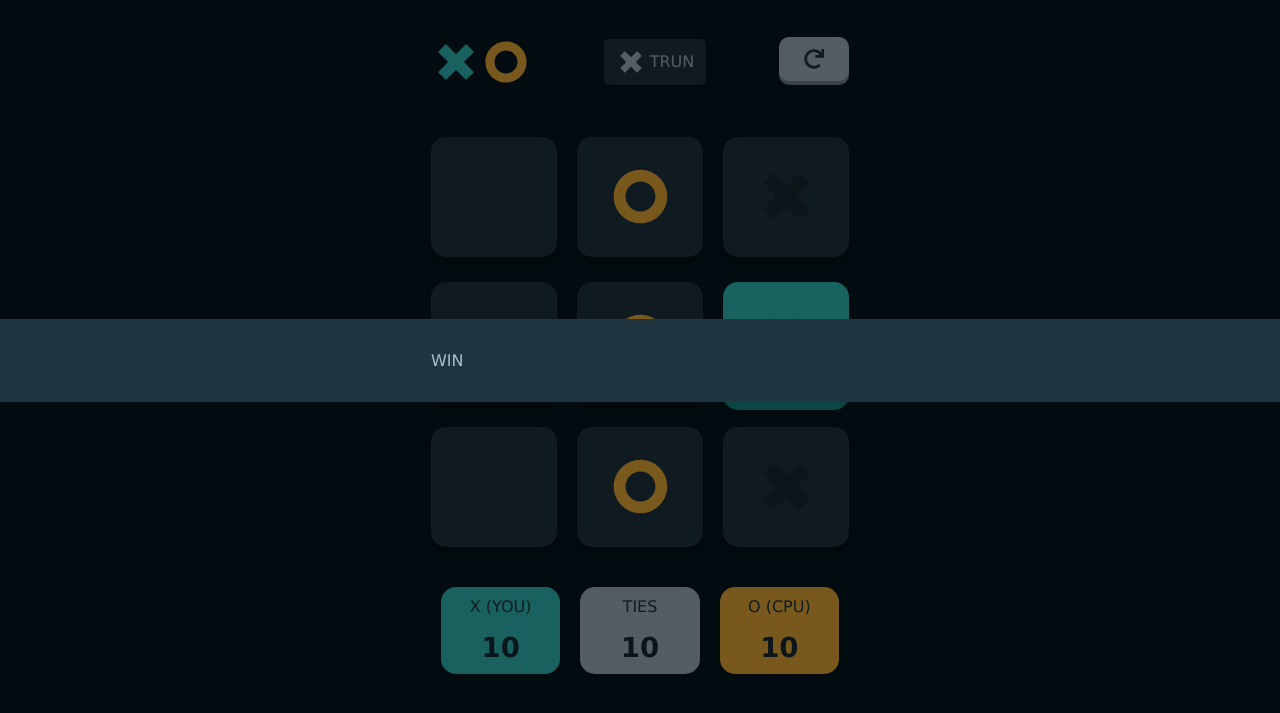
Repository: SD-Mdouka/XO_GAME
Page: /
An editor plug-in stored every save of this project. The page is shown before and after the next save, followed by the edit.
The browser window is 1280 px wide. The pictures show the whole page.
The project was rebuilt for these pictures with package versions that can differ from the ones it lists, and the page was loaded fresh each time. Also part of the build but not shown: src/component/start/Start.js.

Above is the page before, as saved 2022-08-29 17:55:05.

After the next save:
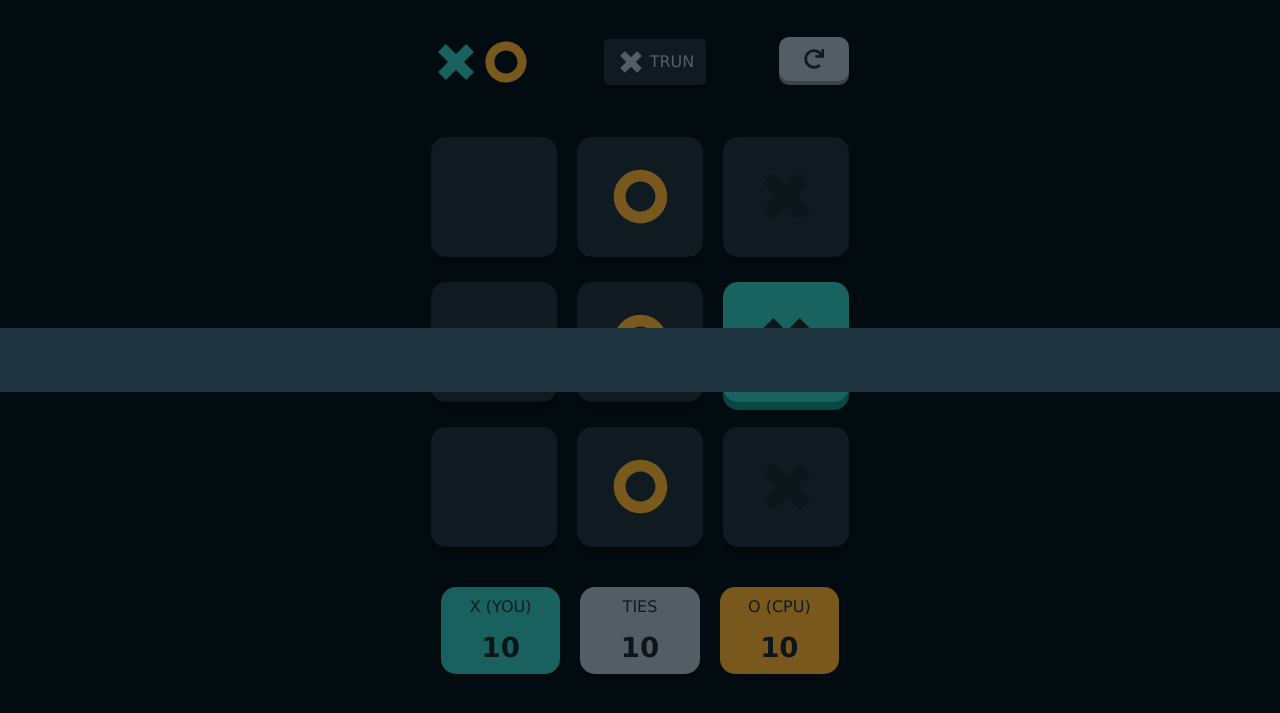
Saved 65 s later.
--- a/src/component/modal/Win.js
+++ b/src/component/modal/Win.js
@@ -1,7 +1,13 @@
 import React from "react";
 
 const Win = () => {
-  return <div>Win</div>;
+  return (
+    <div className="score">
+      <p></p>
+      <h3></h3>
+      <div className="scor__btn"></div>
+    </div>
+  );
 };
 
 export default Win;
